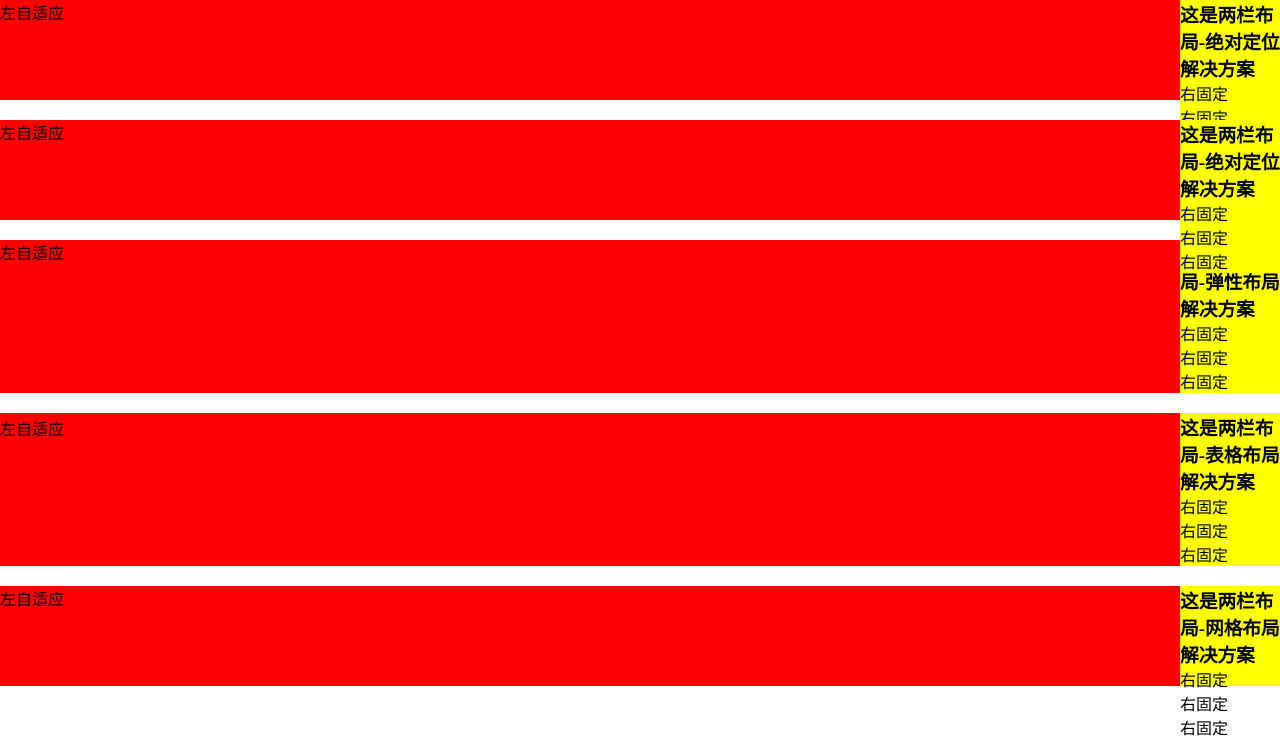
Repository: Qianfane/Blog
Page: 面试相关/测试/2-3、两栏布局-上固定下自适应.html
These files come from the project's save history. The page is drawn as it stood at one moment and after the next save; the edit follows.
The browser window is 1280 px wide. The pictures show the whole page.

Above is the page before, as saved 2022-01-03 16:29:11.

### 面试相关/测试/2-3、两栏布局-上固定下自适应.html
<!DOCTYPE html>
<html lang="en">

<head>
    <meta charset="UTF-8">
    <meta http-equiv="X-UA-Compatible" content="IE=edge">
    <meta name="viewport" content="width=device-width, initial-scale=1.0">
    <title>2-3、两栏布局-上固定下自适应</title>
    <style>
        html * {
            padding: 0;
            margin: 0;
        }

        .layout {
            margin-bottom: 20px;
        }

        .layout div {
            min-height: 100px;
        }
    </style>
</head>

<body>
    <!-- 浮动解决方案 -->
    <section class="layout float">
        <style>
            .layout.float .left {
                background: red;
            }

            .layout.float .right {
                float: right;

                width: 100px;
                background: yellow;
            }
        </style>
        <article class="left-right">
            <div class="right">
                <h1>这是两栏布局-绝对定位解决方案</h1>
                <p>右固定</p>
                <p>右固定</p>
                <p>右固定</p>
            </div>
            <div class="left">
                左自适应
            </div>
        </article>
    </section>

    <!-- 绝对定位解决方案 -->
    <section class="layout absolute">
        <style>
            .layout.absolute .left {
                position: absolute;
                left: 0;
                right: 100px;
                /* width: 100px; */
                background: red;
            }

            .layout.absolute .right {
                position: absolute;
                /* left: 100px; */
                right: 0;

                width: 100px;
                background: yellow;
            }
        </style>
        <article class="left-right">
            <div class="left">左自适应</div>
            <div class="right">
                <h1>这是两栏布局-绝对定位解决方案</h1>
                <p>右固定</p>
                <p>右固定</p>
                <p>右固定</p>
            </div>
        </article>
    </section>

    <!-- 弹性布局解决方案 -->
    <section class="layout flexbox">
        <style>
            .layout.flexbox {
                margin-top: 140px;
            }

            .layout.flexbox .left-right {
                display: flex;
            }

            .layout.flexbox .left {
                flex: 1;

                background: red;
            }

            .layout.flexbox .right {
                width: 100px;

                background: yellow;
            }
        </style>
        <article class="left-right">
            <div class="left">左自适应</div>
            <div class="right">
                <h1>这是两栏布局-弹性布局解决方案</h1>
                <p>右固定</p>
                <p>右固定</p>
                <p>右固定</p>
            </div>
        </article>
    </section>

    <!-- 表格布局解决方案 -->
    <section class="layout table">
        <style>
            .layout.table .left-right {
                display: table;

                width: 100%;
                height: 100px;
            }

            .layout.table .left {
                display: table-cell;

                background: red;
            }

            .layout.table .right {
                display: table-cell;

                width: 100px;
                background: yellow;
            }
        </style>
        <article class="left-right">
            <div class="left">左自适应</div>
            <div class="right">
                <h1>这是两栏布局-表格布局解决方案</h1>
                <p>右固定</p>
                <p>右固定</p>
                <p>右固定</p>
            </div>
        </article>
    </section>

    <!-- 网格布局解决方案 -->
    <section class="layout grid">
        <style>
            .layout.grid .left-right {
                display: grid;
                grid-template-columns: auto 100px;

                width: 100%;
                height: 100px;
            }

            .layout.grid .left {
                background: red;
            }

            .layout.grid .right {
                background: yellow;
            }
        </style>
        <article class="left-right">
            <div class="left">左自适应</div>
            <div class="right">
                <h1>这是两栏布局-网格布局解决方案</h1>
                <p>右固定</p>
                <p>右固定</p>
                <p>右固定</p>
            </div>
        </article>
    </section>
</body>

</html>

After the next save:
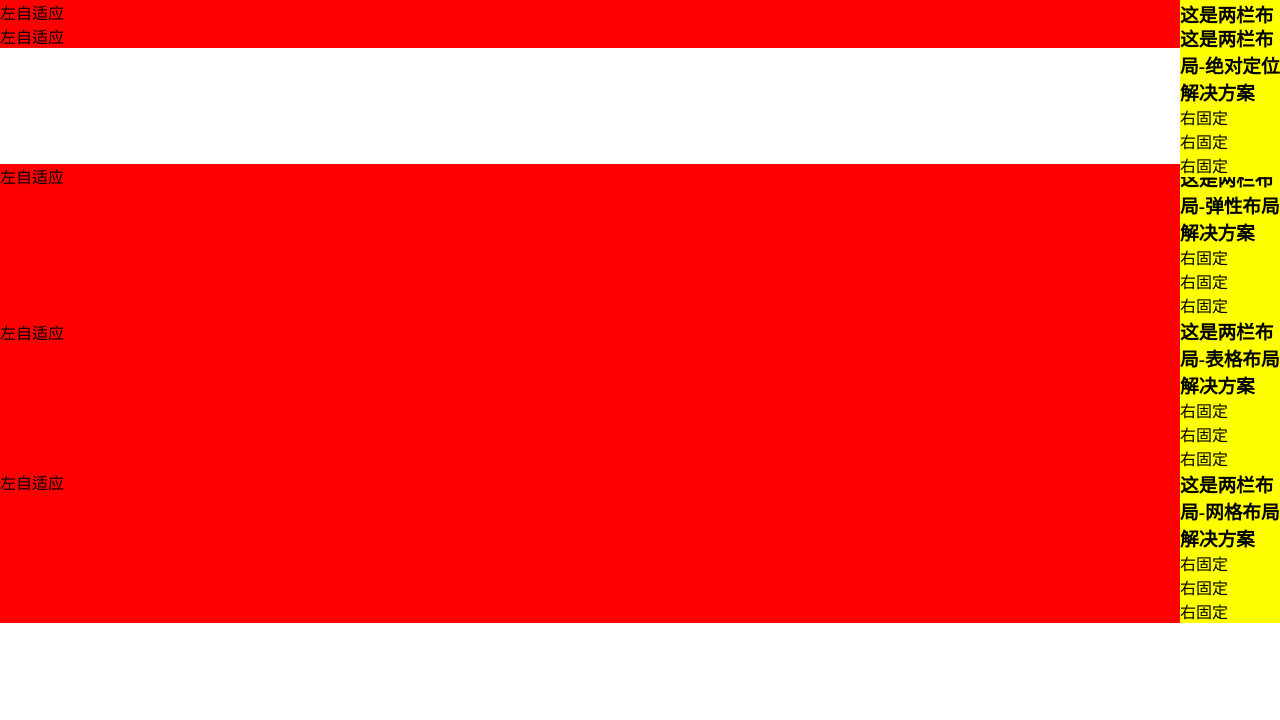
Saved 19 s later.
--- a/面试相关/测试/2-3、两栏布局-上固定下自适应.html
+++ b/面试相关/测试/2-3、两栏布局-上固定下自适应.html
@@ -12,13 +12,6 @@
             margin: 0;
         }
 
-        .layout {
-            margin-bottom: 20px;
-        }
-
-        .layout div {
-            min-height: 100px;
-        }
     </style>
 </head>
 
